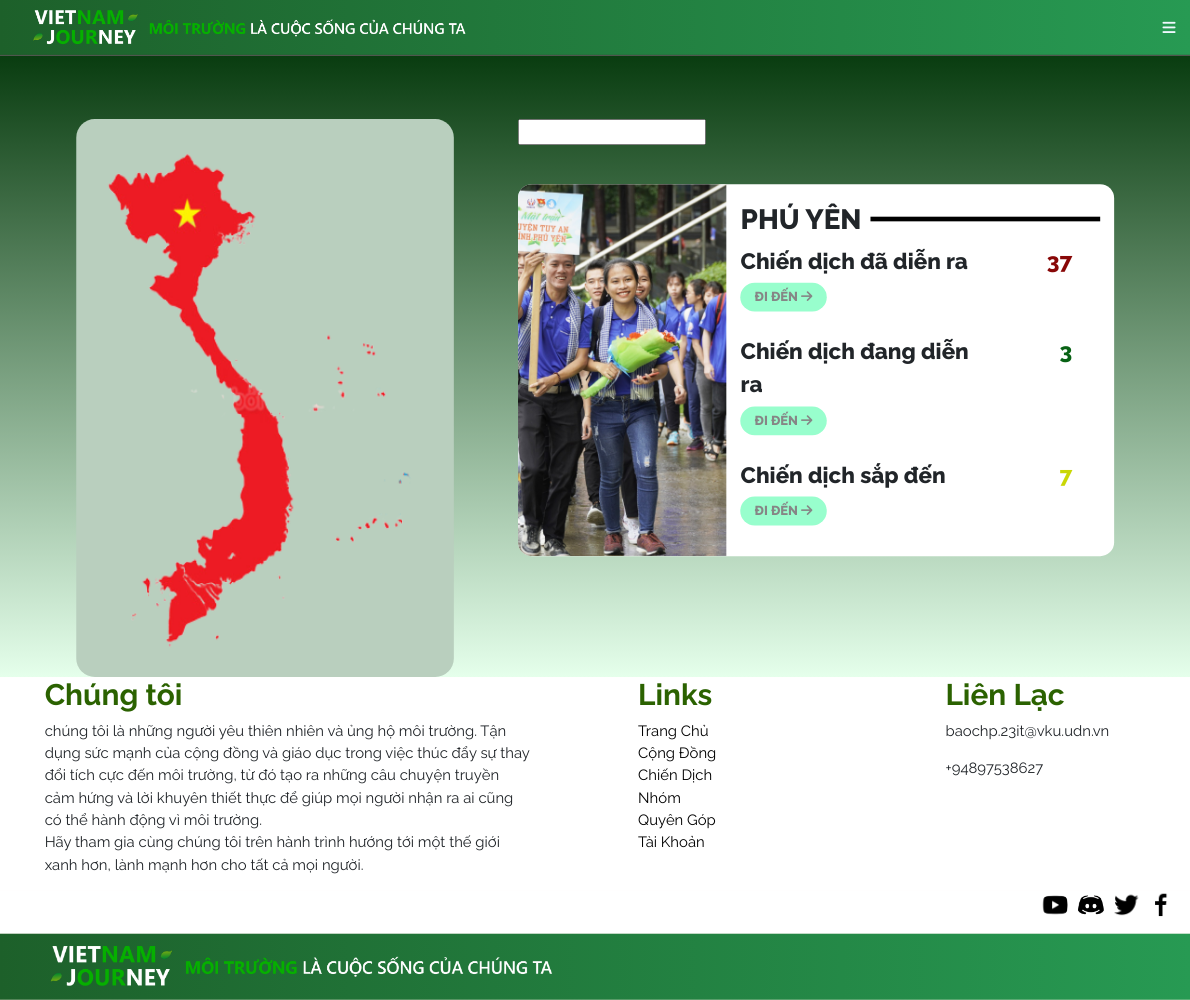
Repository: Boima12/Boima12.github.io_VietnamJourney
Page: HTML/ChienDich/ChienDich.html
These files come from the project's save history. The page is drawn as it stood at one moment and after a run of saves; the edit follows.
The browser window is 1280 px wide. The pictures show the whole page, at 93% of full size.

Above is the page before, as saved 2024-05-25 08:17:13.

After the next 2 saves:
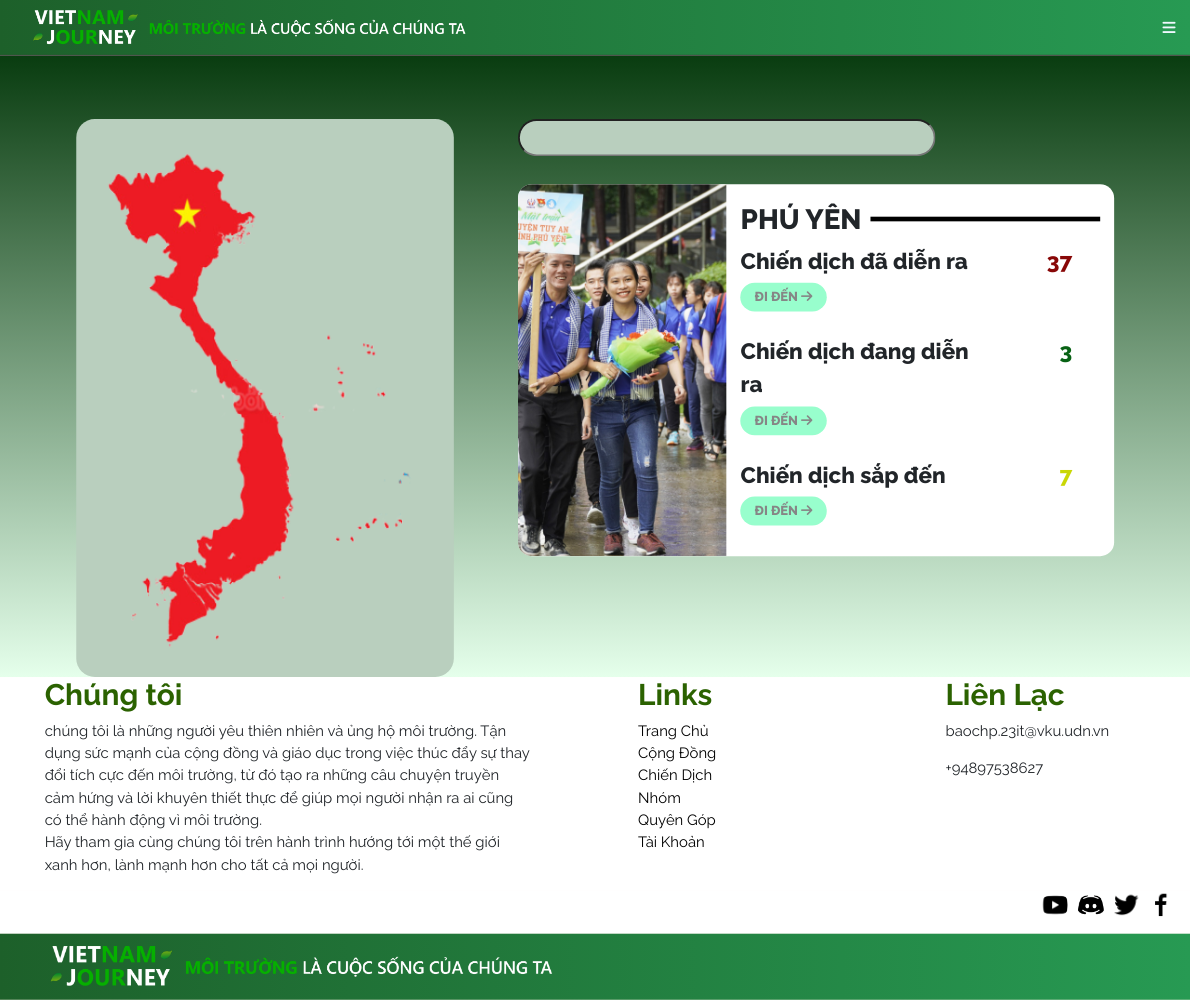
The 2 saves are shown as one change because they came seconds apart.
The last was saved 12 s later.
--- a/HTML/ChienDich/ChienDich.html
+++ b/HTML/ChienDich/ChienDich.html
@@ -94,7 +94,7 @@
                 <div class="col-xl-7 col-lg-7 col-md-12 col-sm-12 col-12">
                     <div class="right">
                         <div class="search">
-                            <input type="search">
+                            <input type="search" class="inner-search">
                             <div class="inner-combobox"></div>
                         </div>
                         <div class="content">
